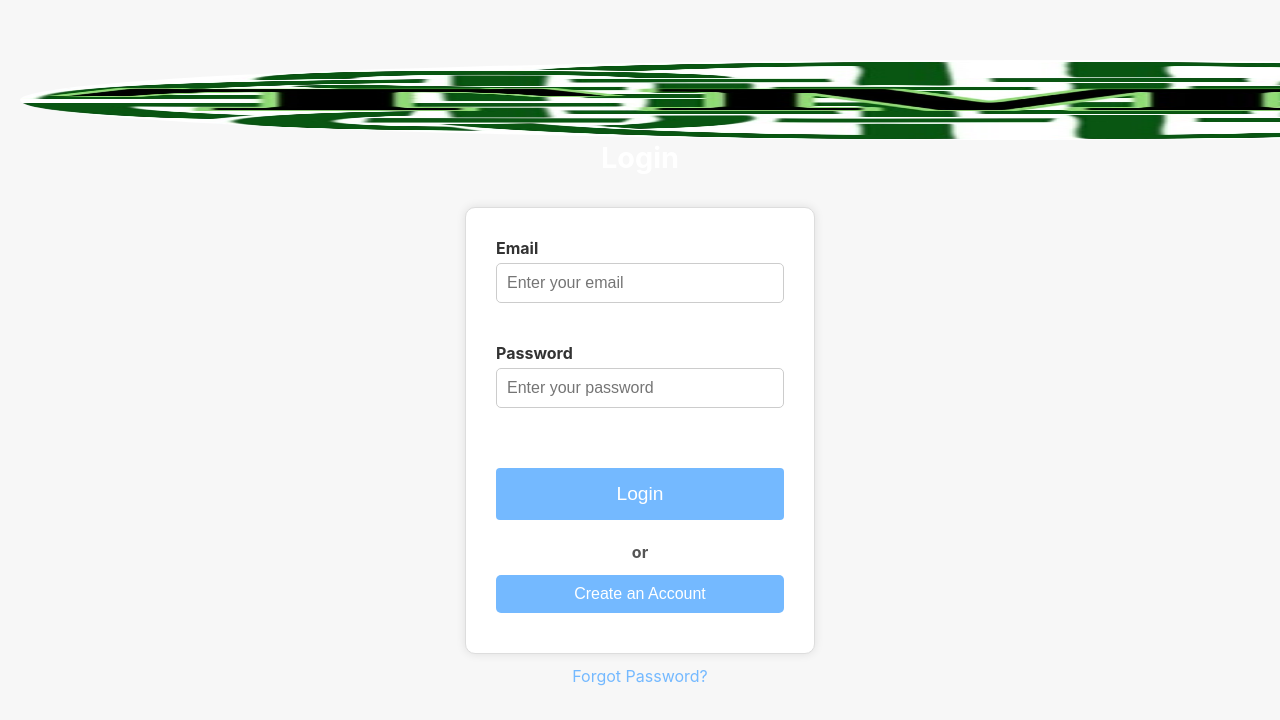
Repository: MachaGroup/MachaGroupIntegration
Page: /
The author's editor kept a copy of each file at every save. The page is drawn from the files as they stood at one save, then again after the next save.
The browser window is 1280 px wide. The pictures show the whole page.
The project was rebuilt for these pictures with package versions that can differ from the ones it lists, and the page was loaded fresh each time. Also part of the build but not shown: src/Screens/FormInputPage.js, src/Screens/MainScreen.css, src/Screens/MainScreen.js, src/Screens/AboutUs.js, src/Screens/FAQ.js, src/firebaseConfig.js, src/Screens/ContactUs.js, src/Screens/Settings.css and 305 more.

Above is the page before, as saved 2024-12-02 16:40:10.

After the next save:
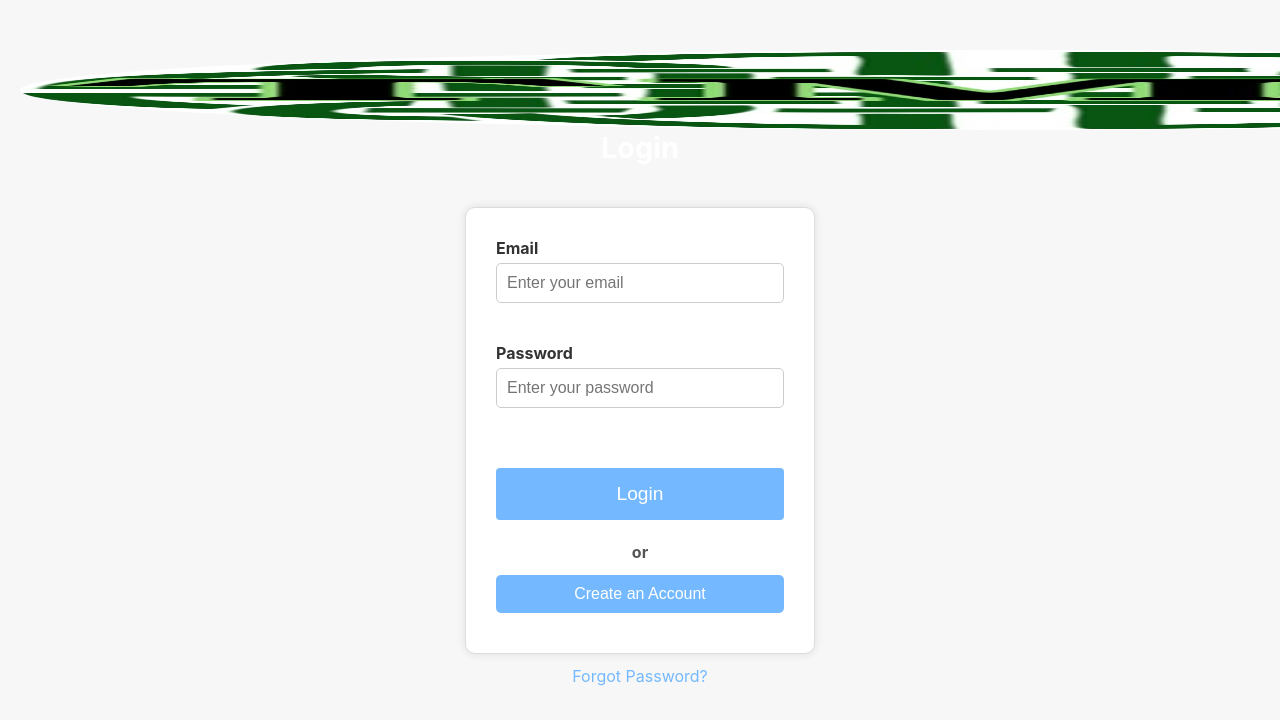
Saved 6 s later.
--- a/src/Screens/ForgotPassword.css
+++ b/src/Screens/ForgotPassword.css
@@ -37,7 +37,7 @@
 .logo {
     width: 2000px;
     height: 80px;
-    margin: 40px auto 0; /* Center and add spacing */
+    margin: 30px auto 0; /* Center and add spacing */
     display: block;
 }
 
